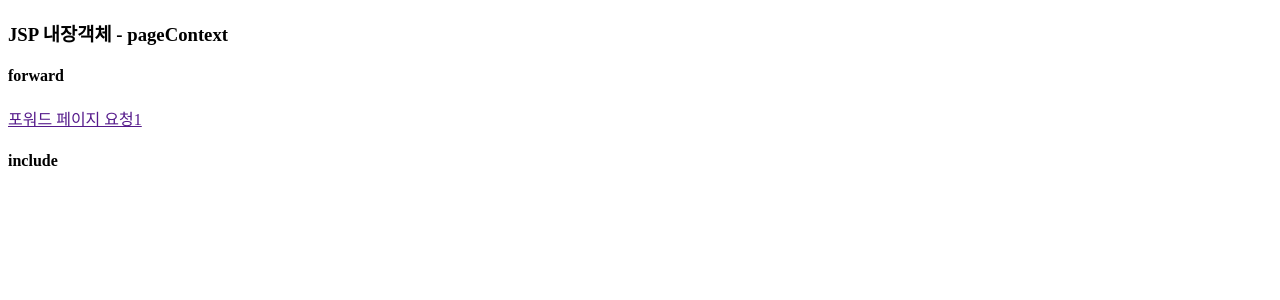
Repository: SangKyuuu/Jsp
Page: http://localhost/ch03/3_pageContext.jsp
These files come from the project's save history. The page is drawn as it stood at one moment and after the next save; the edit follows.
The browser window is 1280 px wide. The pictures show the whole page.
The page is served by Tomcat 9.

Above is the page before, as saved 2025-07-28 06:34:38.

After the next save:
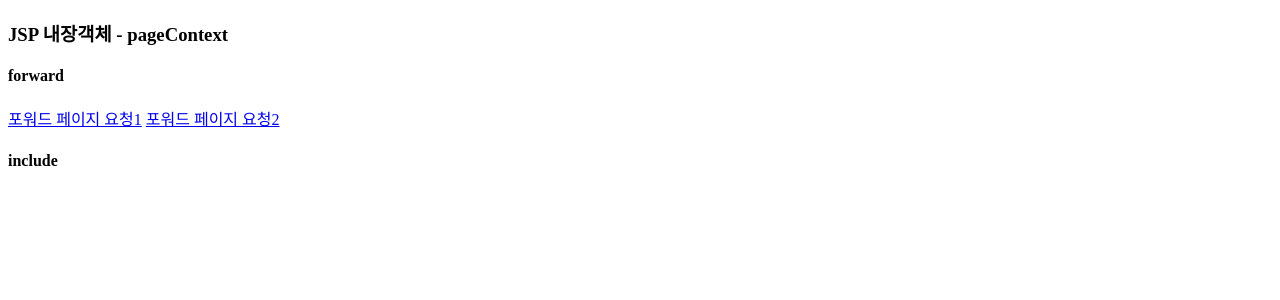
Saved 15 s later.
--- a/ch03/src/main/webapp/3_pageContext.jsp
+++ b/ch03/src/main/webapp/3_pageContext.jsp
@@ -14,7 +14,8 @@
 		<h3>JSP 내장객체 - pageContext</h3>
 
 		<h4>forward</h4>
-		<a href="">포워드 페이지 요청1</a>
+		<a href="./proc/forward1.jsp">포워드 페이지 요청1</a>
+		<a href="./proc/forward2.jsp">포워드 페이지 요청2</a>
 
 		<h4>include</h4>
 	</body>
